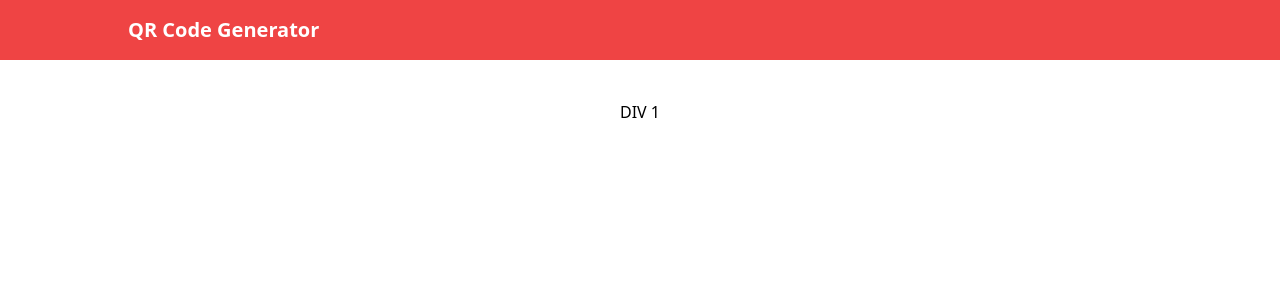
Repository: Ellisvelandia/QR-generator
Page: index.html
The author's editor kept a copy of each file at every save. The page is drawn from the files as they stood at one save, then again after the next save.
The browser window is 1280 px wide. The pictures show the whole page.
Some web libraries are served in a nearby version.

Above is the page before, as saved 2022-08-21 20:43:03.

After the next save:
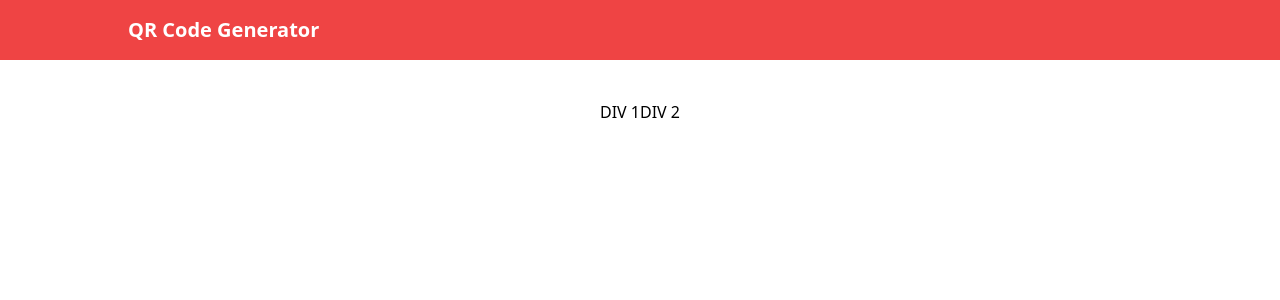
Saved 4 s later.
--- a/index.html
+++ b/index.html
@@ -34,11 +34,12 @@
       </div>
     </header>
     <main class="">
-   <div class="flex flex-col-reverse align-center justify-center m-auto md:max-w-4xl md:flex-row">
-    <div>DIV 1</div>
-    <div></div>
-
-  </div>
+      <div
+        class="flex flex-col-reverse align-center justify-center m-auto md:max-w-4xl md:flex-row"
+      >
+        <div>DIV 1</div>
+        <div>DIV 2</div>
+      </div>
     </main>
   </body>
 </html>
